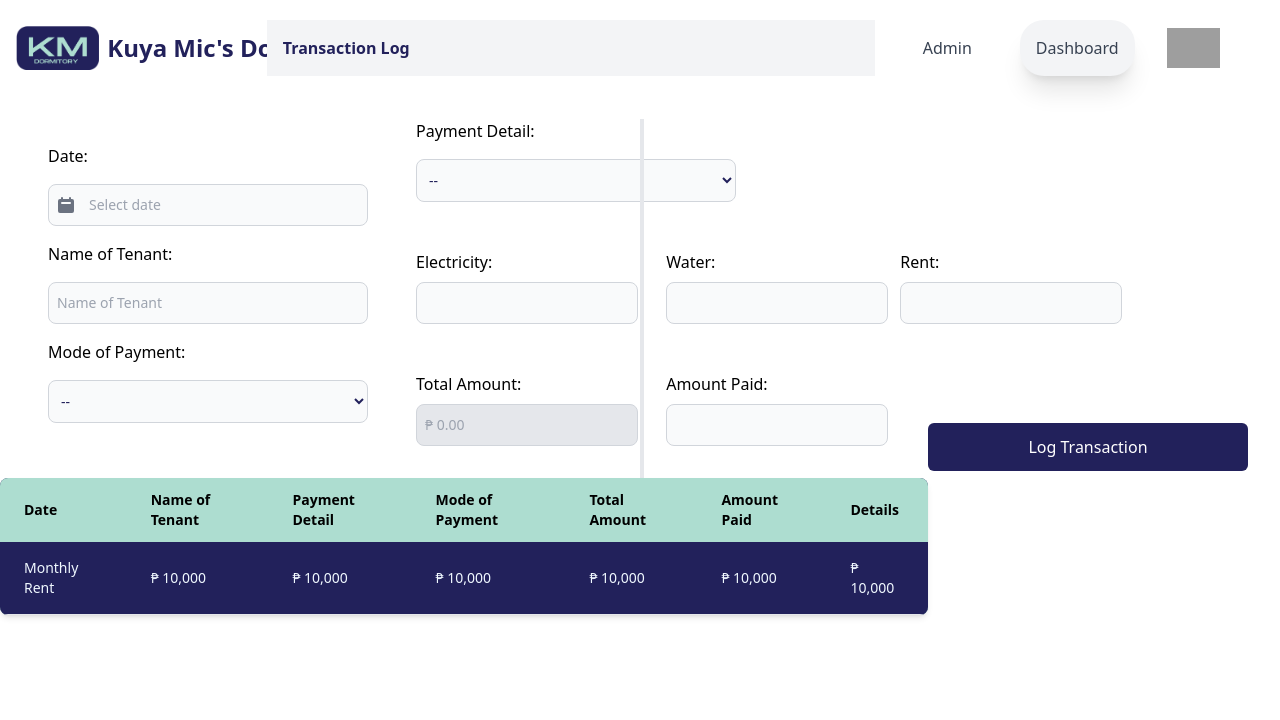
Repository: theamgri/Dormitory-Management-System
Page: paymentactivity.html
An editor plug-in stored every save of this project. The page is shown before and after the next save, followed by the edit.
The browser window is 1280 px wide. The pictures show the whole page.
Pictures or frames that could not be fetched are drawn as grey boxes. Some web libraries are served in a nearby version.

Above is the page before, as saved 2023-01-11 22:30:31.

After the next save:
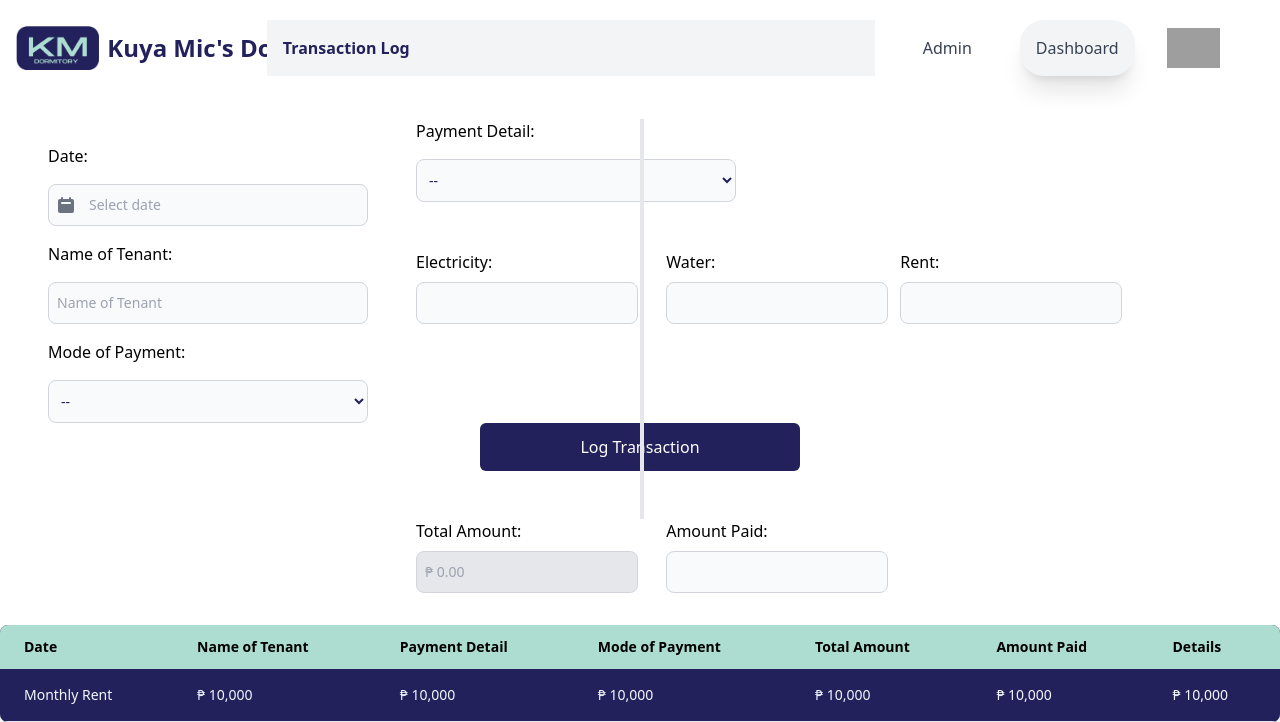
Saved 13 s later.
--- a/paymentactivity.html
+++ b/paymentactivity.html
@@ -76,7 +76,7 @@
 <div class="sm:fixed left-1/2 w-1 bg-gray-200" style="margin-top: -19rem; height: 25rem"></div>
 
 
-<div class="align-top float-right mr-8">
+<div class="align-top float-right" style="margin-right: 30rem;">
         <button onclick="location.href='#'" type="submit" class="block mt-0 mb-4 text-white bg-primary-600 focus:ring-4 focus:outline-none focus:ring-primary-300 font-medium rounded-md text-md px-10 py-2.5 sm:text-center" style="background-color:#22215B; height: 3rem; width: 20rem;">Log Transaction</button>
           </div>
 
